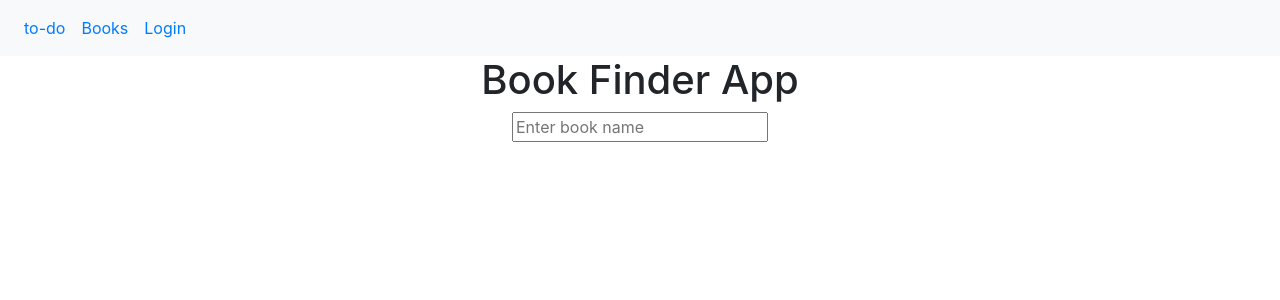
Repository: omniabadry/react-test
Page: /Books
These files come from the project's save history. The page is drawn as it stood at one moment and after the next save; the edit follows.
The browser window is 1280 px wide. The pictures show the whole page.
The page's requests for data from a server got no answer. The project was rebuilt for these pictures with package versions that can differ from the ones it lists, and the page was loaded fresh each time. No one was signed in, and anything a server would have sent is missing.

Above is the page before, as saved 2021-02-09 14:23:47.

### src/App.js
import React from 'react';
import {Collapse,Navbar,NavbarToggler,Nav,NavItem,NavLink} from 'reactstrap';
import { BrowserRouter as Router, Link } from "react-router-dom";
import Routes from "./Routes";

function App() {

  return (
    <Router>
      <Navbar color="light" light expand="md">
        <NavbarToggler />
        <Collapse navbar>
          <Nav className="mr-auto" navbar>
            <NavItem>
              <NavLink><Link to="/ToDo">to-do</Link></NavLink>
            </NavItem>
            <NavItem>
              <NavLink><Link to="/Books">Books</Link></NavLink>
            </NavItem>
            <NavItem >
              <NavLink ><Link to="/login">Login</Link></NavLink>
            </NavItem>
          </Nav>
        </Collapse>
      </Navbar>
      <Routes/>
    </Router>
  );
}

export default App;

### src/Routes.js
import React, { Suspense } from "react";
import { Route , Switch} from "react-router-dom";

const Login = React.lazy(() => import('./components/login'));
const Books = React.lazy(() => import("./components/books"));
const ToDo = React.lazy(() => import("./components/to-do"));

export default function Routes() {
    return (
      <Suspense fallback="loading.....">
        <Switch>
          <Route path="/login" exact component={Login} />
          <Route path="/Books" exact component={Books} />
          <Route path="/ToDo" exact component={ToDo} />
        </Switch>
      </Suspense>
    );
  }

### src/components/books.js
import {Card, CardText, CardBody,CardTitle, CardSubtitle} from 'reactstrap';
import { axiosInstance } from "../axiosConfig"
import { useEffect, useState } from 'react';

export default function Books() {
    const [searchValue, setSearchValue] = useState("")
    const [books, setBooks] = useState()

const getBooks = ()=>{
    axiosInstance.get("", {
        params: {
            q: (searchValue ? searchValue : "keyword")
        }
    }).then((res) => {
        setBooks(res.data.items)
    })
}
    useEffect(() => {
        getBooks()
    }, [searchValue])

    const handleInput = (event) => {
        setSearchValue(event.target.value)
    }
    const getCards = () => {
        if (books) {
            let cards = []
            for (let index = 0; index < books.length; index++) {
                cards.push(
                    <Card className="col-3">
                        <CardBody>
                            <CardTitle tag="h5">{books[index]["volumeInfo"]["title"]}</CardTitle>
                            <CardSubtitle tag="h6" className="mb-2 text-muted">{books[index]["volumeInfo"]["categories"]}</CardSubtitle>
                            <CardText>{books[index]["volumeInfo"]["authors"]}</CardText>
                        </CardBody>
                    </Card>
                )
            }
            return cards
        }
    }
    return (
        <div className="container" style={{ textAlign: "center" }}>
            <h1>Book Finder App</h1>
            <input value={searchValue} onChange={handleInput} type="text" name="search" id="search" placeholder="Enter book name" />
            <div className="books col-12">
                {getCards()}
            </div>
        </div>
    )

}

### src/axiosConfig.js
import axios from "axios";

export const axiosInstance = axios.create({
  baseURL: "https://www.googleapis.com/books/v1/volumes/",
});

### src/css/books.css
[class*="col-"] {
    float: left;
  }

.books{
    text-align: center;
}

#search{
    margin: 30px;
}

.card{
    height: 300px;
    margin: 20px;
}

Loaded but not shown: public/index.html (common file); src/index.js (common file); src/index.css (common file); src/reportWebVitals.js (common file)

After the next save:
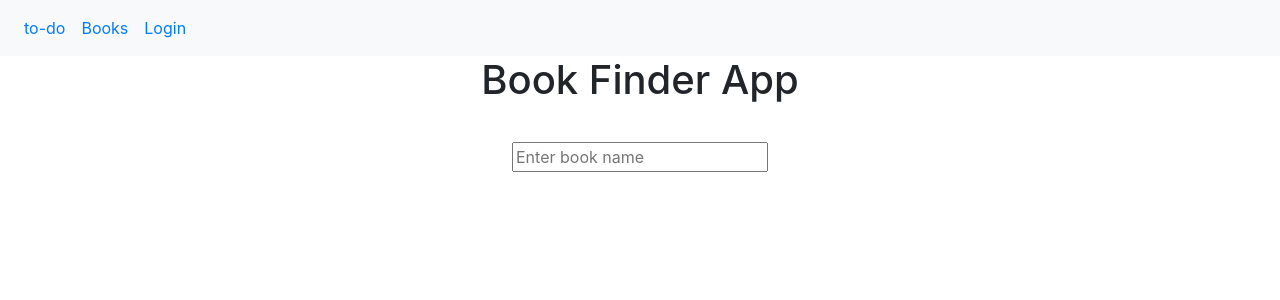
Saved 3 min 40 s later.
--- a/src/components/books.js
+++ b/src/components/books.js
@@ -1,6 +1,7 @@
 import {Card, CardText, CardBody,CardTitle, CardSubtitle} from 'reactstrap';
 import { axiosInstance } from "../axiosConfig"
 import { useEffect, useState } from 'react';
+import "../css/books.css"
 
 export default function Books() {
     const [searchValue, setSearchValue] = useState("")
